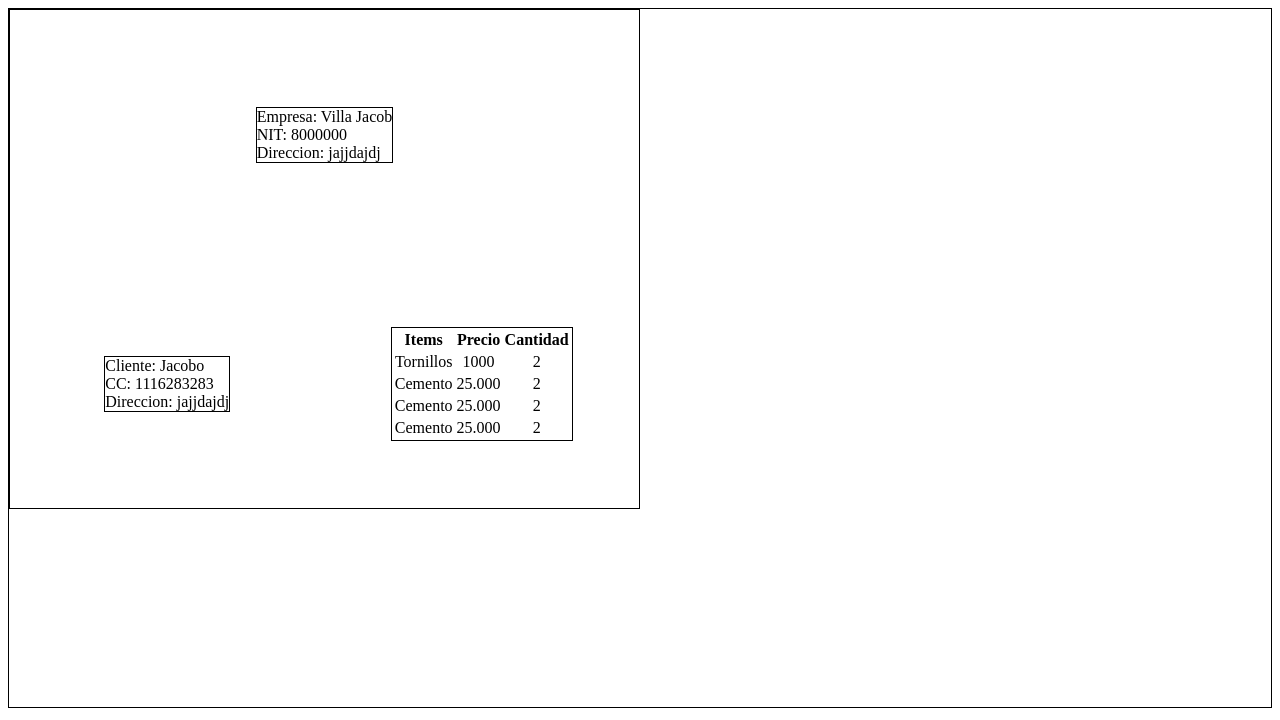
Repository: MrVanQish/FacturaEstructura
Page: index.html
The author's editor kept a copy of each file at every save. The page is drawn from the files as they stood at one save, then again after the next save.
The browser window is 1280 px wide. The pictures show the whole page.

Above is the page before, as saved 2021-09-29 10:05:51.

After the next save:
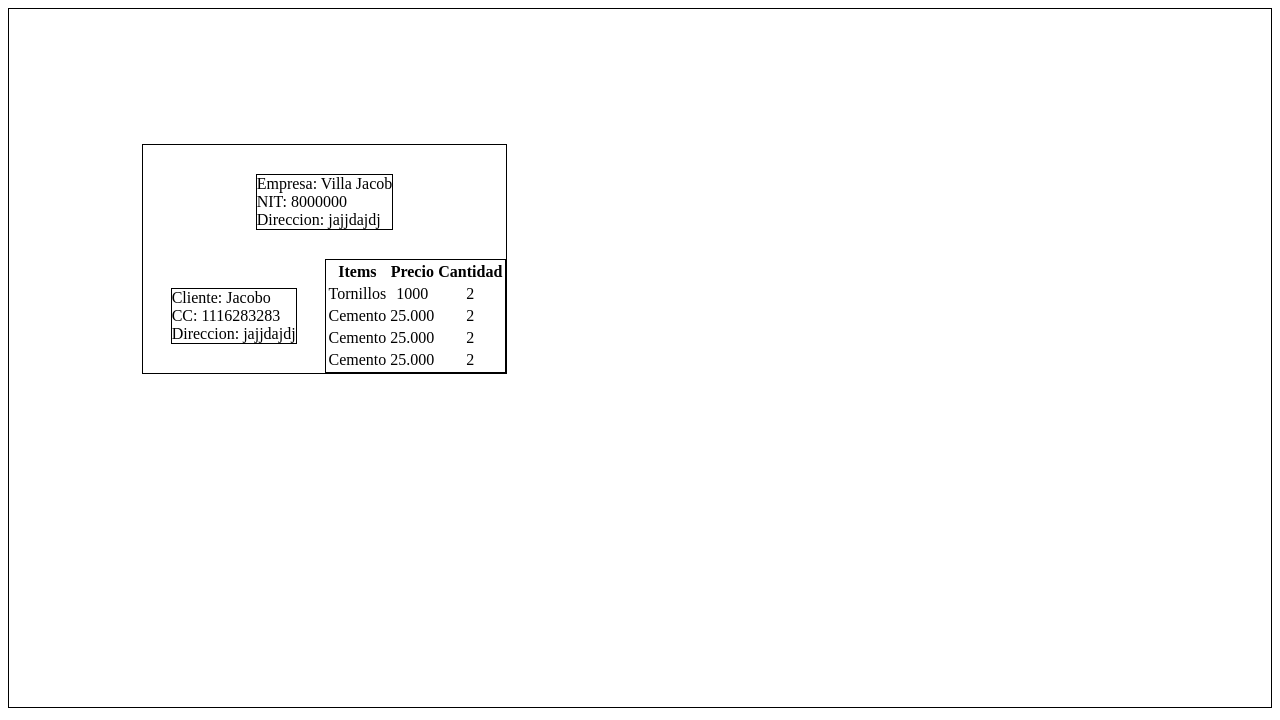
Saved 6 s later.
--- a/styles.css
+++ b/styles.css
@@ -16,9 +16,9 @@
 
     display: grid;
     grid-area: f1;
-/*     align-self: center; */
+    align-self: center;
     border: 1px solid #000;
-/*     justify-self: center; */
+    justify-self: center;
     grid-template-columns: 1fr 1fr;
     grid-template-rows: 1fr 1fr;
     grid-template-areas:
